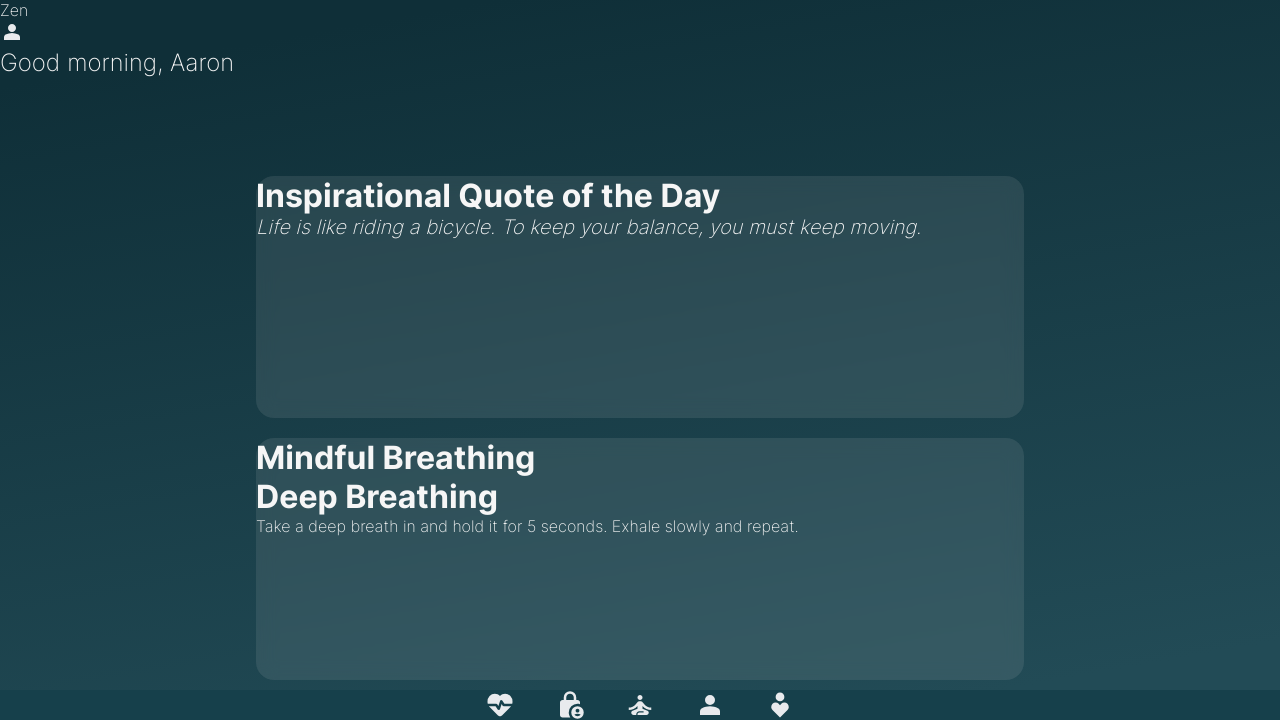
Repository: aaronw-dev/Zen
Page: dashboard.html
The author's editor kept a copy of each file at every save. The page is drawn from the files as they stood at one save, then again after the next save.
The browser window is 1280 px wide. The pictures show the whole page.

Above is the page before, as saved 2024-06-08 13:55:40.

### dashboard.html
<!DOCTYPE html>
<html lang="en">

<head>
    <meta charset="UTF-8">
    <meta name="viewport" content="width=device-width, initial-scale=1.0">
    <title>Zen</title>
    <link rel="stylesheet" href="../static/colors.css">
    <link rel="stylesheet" href="../static/style.css">
</head>

<body>
    <div class="header">
        <logo src="../static/icons/crisis.svg">
        <span class="header-name">Zen</span>
    </div>
    <div class="profile-image">
        <img src="../static/icons/profile.svg">
        <h2>Good morning, Aaron</h2>
    </div>
    <div class="features">
        <div class="inspirational_quote">
            <h2 class="section-title">Inspirational Quote of the Day</h2>
            <p class="quote">Life is like riding a bicycle. To keep your balance, you must keep moving.</p>
        </div>
        <div class="mindful_breathing">

            <h2 class="section-title">Mindful Breathing</h2>
            <div class="mindful-audio">
                <h3 class="section-title">Deep Breathing</h3>

            </div>

            <p>Take a deep breath in and hold it for 5 seconds. Exhale slowly and repeat.</p>
        </div>
    </div>
    <div class="bottom-icons">
        <img src="../static/icons/crisis.svg">
        <img src="../static/icons/journal.svg">
        <img src="../static/icons/meditate.svg">
        <img src="../static/icons/profile.svg">
        <img src="../static/icons/counselling.svg">
    </div>
</body>

</html>

### static/colors.css
:root {
    --text: #F6F6F6;
    --buttons: #0F2F38;
    --radial-bg: radial-gradient(89.12% 42.87% at 50.08% 50.93%, #2B606F 0%, #0D3642 100%);
    --linear-bg: linear-gradient(170deg, #0F2F38 9.2%, #224B56 91.67%);
}

### static/style.css
@font-face {
    font-family: Inter;
    src: url("./font/Inter-Bold.ttf");
    font-weight: bold;
}

@font-face {
    font-family: Inter;
    src: url("./font/Inter-ExtraLight.ttf");
    font-weight: lighter;
}

html {
    height: 100%;
}

body {
    height: 100%;
    margin: 0;
    background-repeat: no-repeat;
    background-attachment: fixed;
    background: var(--linear-bg);
}

* {
    font-family: Inter;
    color: var(--text);
    font-weight: lighter;
}

h1,
h2,
h3,
h4,
h5,
h6,
p {
    margin-top: 0;
    margin-bottom: 0;
}

.hero {
    position: absolute;
    left: 50%;
    transform: translateX(-50%);
    margin: auto;
    width: 40%;
    display: flex;
    flex-direction: column;
    align-items: center;
    top: 70px;
}

.hero img {
    width: 100%;
}

.hero-name {
    font-size: 60px;
}

.tagline {
    display: flex;
    flex-direction: column;
    align-items: center;
    line-height: 0.85;
    position: absolute;
    top: 50%;
    left: 50%;
    transform: translate(-50%, -50%);
    width: max-content;
}

.tagline span:nth-child(1) {
    font-weight: bold;
    font-size: 3.5em;
}

.tagline span:nth-child(2) {
    font-weight: lighter;
    font-size: 3.2em;
}

.action-buttons {
    display: flex;
    flex-direction: column;
    align-items: center;
    width: 60%;
    position: absolute;
    bottom: 40px;
    gap: 20px;
    left: 50%;
    transform: translateX(-50%);
}
.features {
    display: flex;
    flex-direction: column;
    align-items: center;
    height: 70%;
    width: 60%;
    position: absolute;
    bottom: 40px;
    gap: 20px;
    left: 50%;
    transform: translateX(-50%);
}
.action-buttons button {
    width: 100%;
    padding: 5px 30px;
    font-size: 25px;
    border: none;
    background-color: var(--buttons);
    border-radius: 15px;
}

.inspirational_quote{
    width: 100%;
    height: 100%;
    background: rgba(219.94, 219.94, 219.94, 0.11); border-radius: 18px;
    backdrop-filter: blur(8.90px);

}
.inspirational_quote p{
    font-size: 20px;
}
.mindful_breathing{
    width: 100%;
    height: 100%;
    background: rgba(219.94, 219.94, 219.94, 0.11); border-radius: 18px;
    backdrop-filter: blur(8.90px);
}

.bottom-icons {
    height: 30px;
    background: #16404B;
    display: flex;
    justify-content: center;
    position: absolute;
    bottom: 0px;
    width: 100%;
    gap: 40px;
}
.bottom-icons div {
    width: 30.61px;
    height: 43.72px;
    left: 10.93px;
    top: 4.37px;
    position: absolute;
    background: #F6F6F6;
    padding:10px;
    width: 50px;
    height: 50px;
}
.header{
    display: flex;
    align-items: center;
}
.header img {
    margin-right: auto;
}
.header-name {
    margin-left: auto;
}

.section-title{
    color: #F6F6F6;
    font-family: Inter;
    font-size: 32px;
    font-style: normal;
    font-weight: 700;
    line-height: normal;
}
.section-title h3{
    color: #F6F6F6;
    font-family: Inter;
    font-size: 32px;
    font-style: normal;
    font-weight: 700;
    line-height: normal;
}
.quote{
    color: #F6F6F6;
    font-family: Inter;
    font-size: 28px;
    font-style: italic;
    font-weight: 200;
    line-height: normal;
}

After the next save:
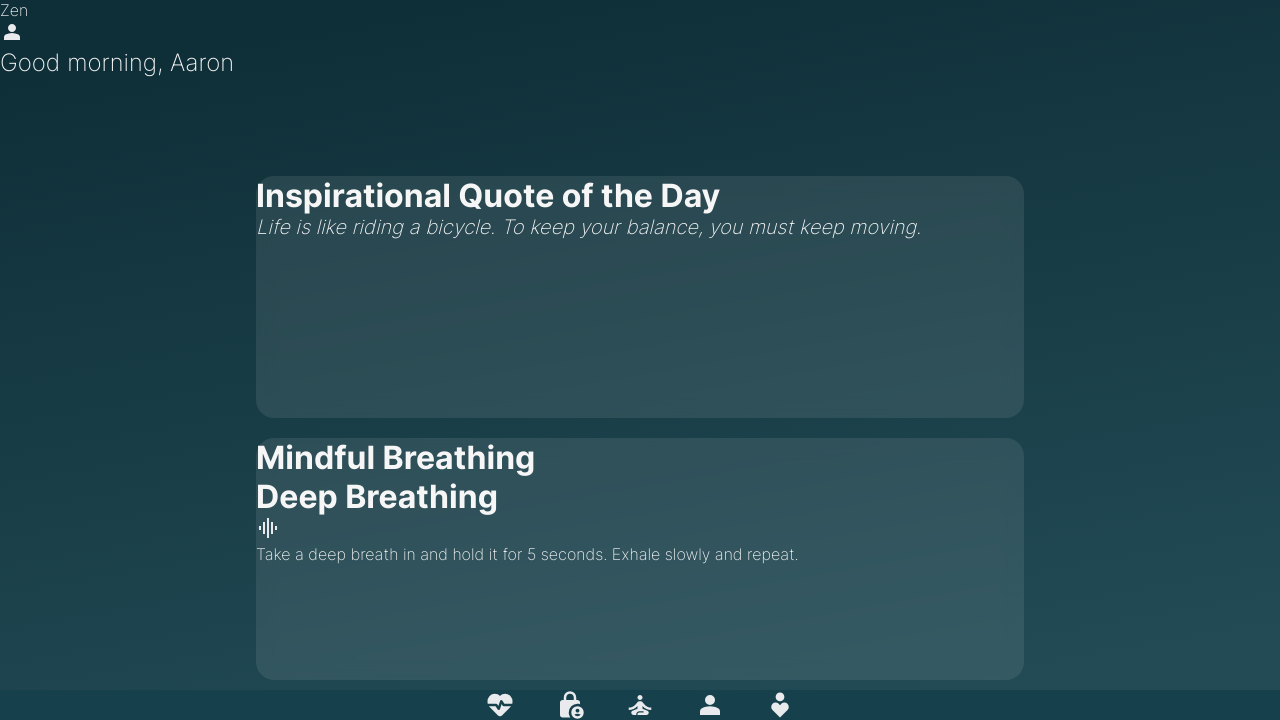
Saved 5 s later.
--- a/dashboard.html
+++ b/dashboard.html
@@ -28,7 +28,7 @@
             <h2 class="section-title">Mindful Breathing</h2>
             <div class="mindful-audio">
                 <h3 class="section-title">Deep Breathing</h3>
-
+                <span class="audio-icon"><img src="../static/icons/audio.svg"></span>
             </div>
 
             <p>Take a deep breath in and hold it for 5 seconds. Exhale slowly and repeat.</p>
